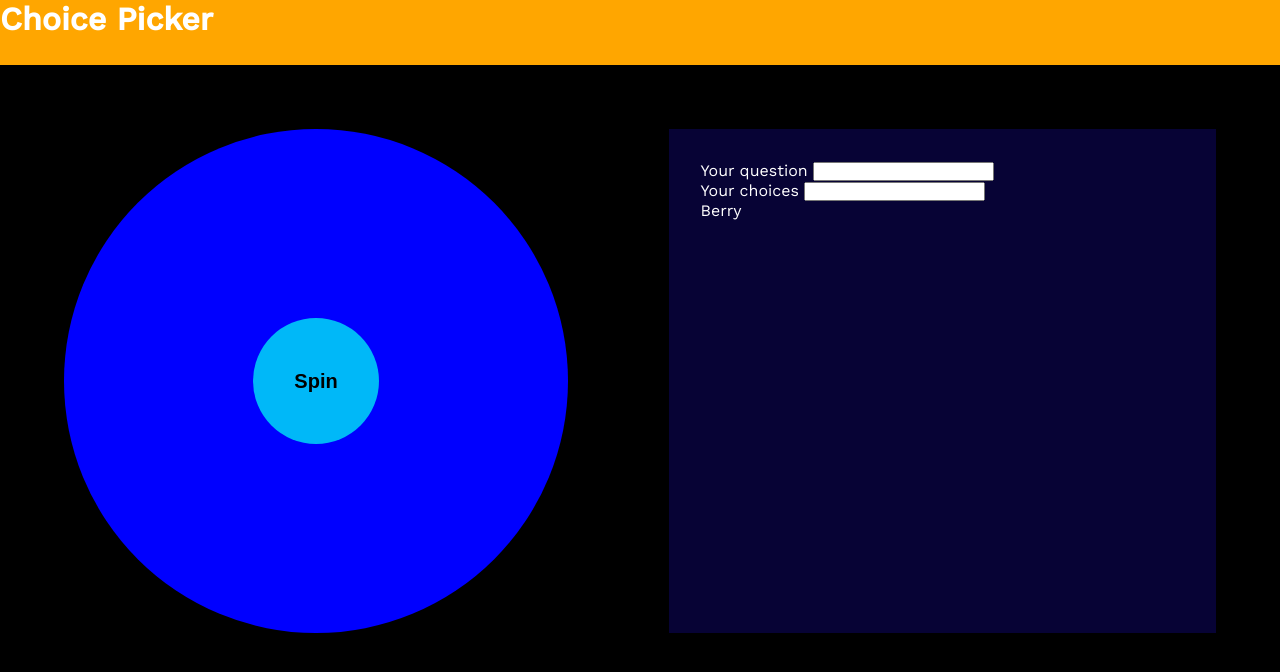
Repository: emiliaiwu/choice_wheel_spinner
Page: index.html
An editor plug-in stored every save of this project. The page is shown before and after the next save, followed by the edit.
The browser window is 1280 px wide. The pictures show the whole page.

Above is the page before, as saved 2023-01-09 23:54:48.

### index.html
<!DOCTYPE html>
<html lang="en">
<head>
    <meta charset="UTF-8">
    <meta http-equiv="X-UA-Compatible" content="IE=edge">
    <meta name="viewport" content="width=device-width, initial-scale=1.0">
    <link rel="stylesheet" href="style.css">
    <title>Choice Picker</title>
</head>
<body>
    <header>
        <h1>Choice Picker</h1>
    </header>
    <div class="container">
        <div class="choice_picker_container">
            <div class="choice_picker">
                <div class="circle">
                    <button class="spin">
                        <h2>Spin</h2>
                    </button>
                </div>
            </div>
            <div class="choice_details">
                <div class="question">
                    <label for="question">Your question</label>
                    <input type="text" name="question" id="question">
                </div>
                <div class="make_choices">
                    <label for="choices">Your choices</label>
                    <input type="text" name="choices" id="choices">
                </div>
                <div class="listed_choices">
                    <span class="choice">Berry</span>
                </div>
            </div>
        </div>
        <div class="picked_choice">

        </div>
    </div>
</body>
</html>

### style.css
@import url('https://fonts.googleapis.com/css2?family=Work+Sans:ital,wght@0,400;0,500;1,700&display=swap');

* {
    padding: 0;
    margin: 0;
    box-sizing: border-box;
}


body {
    background-color: rgb(0, 0, 0);
    font-family: 'Work Sans', sans-serif;
    max-width: 100vw;
    min-height: 100vh;
    color: #ffffff;

}

header {
    height: 65px;
    width: 100%;
    background-color:rgb(255, 166, 0);

}


.spin {
    display: flex;
    align-items: center;
    justify-content: center;

}

.container {
    padding: 5%;
}

.container,
.choice_picker {
    width: 100%;
    height: 100%;
}

.choice_picker_container {
    display: flex;
    align-items: flex-start;
    justify-content: space-between;
    gap: 2rem;
}

.circle {
    width: 70vmin;
    height: 70vmin;
    background-color: blue;
    border-radius: 50%;
    position: relative;
}

.spin {
    width: 25%;
    height: 25%;
    background-color: rgba(0, 246,246,0.75);
    position: absolute;
    border-radius: 50%;
    top: 50%;
    left: 50%;
    transform: translate(-50%, -50%);
    outline: none;
    border: none;
}


.choice_details {
    padding: 2rem;
    height: 70vmin;
    width: 90%;
    background-color: rgb(7, 3, 53);

}

After the next save:
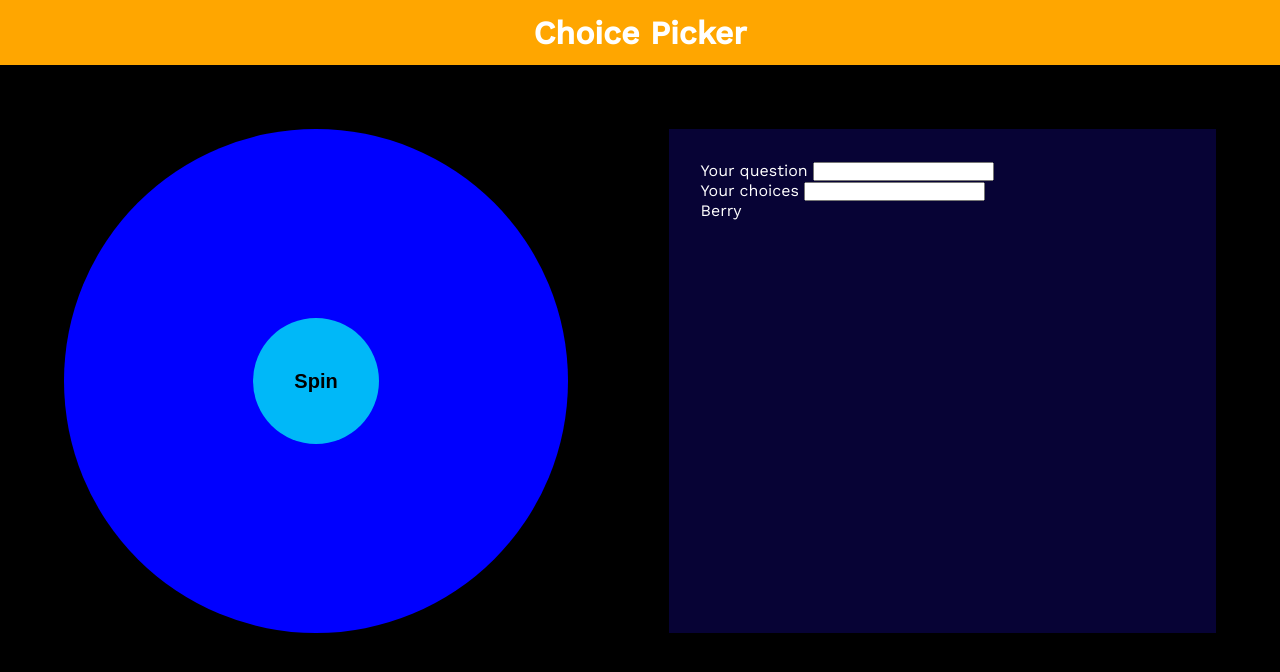
Saved 6 s later.
--- a/style.css
+++ b/style.css
@@ -23,7 +23,7 @@ header {
 
 }
 
-
+header,
 .spin {
     display: flex;
     align-items: center;
